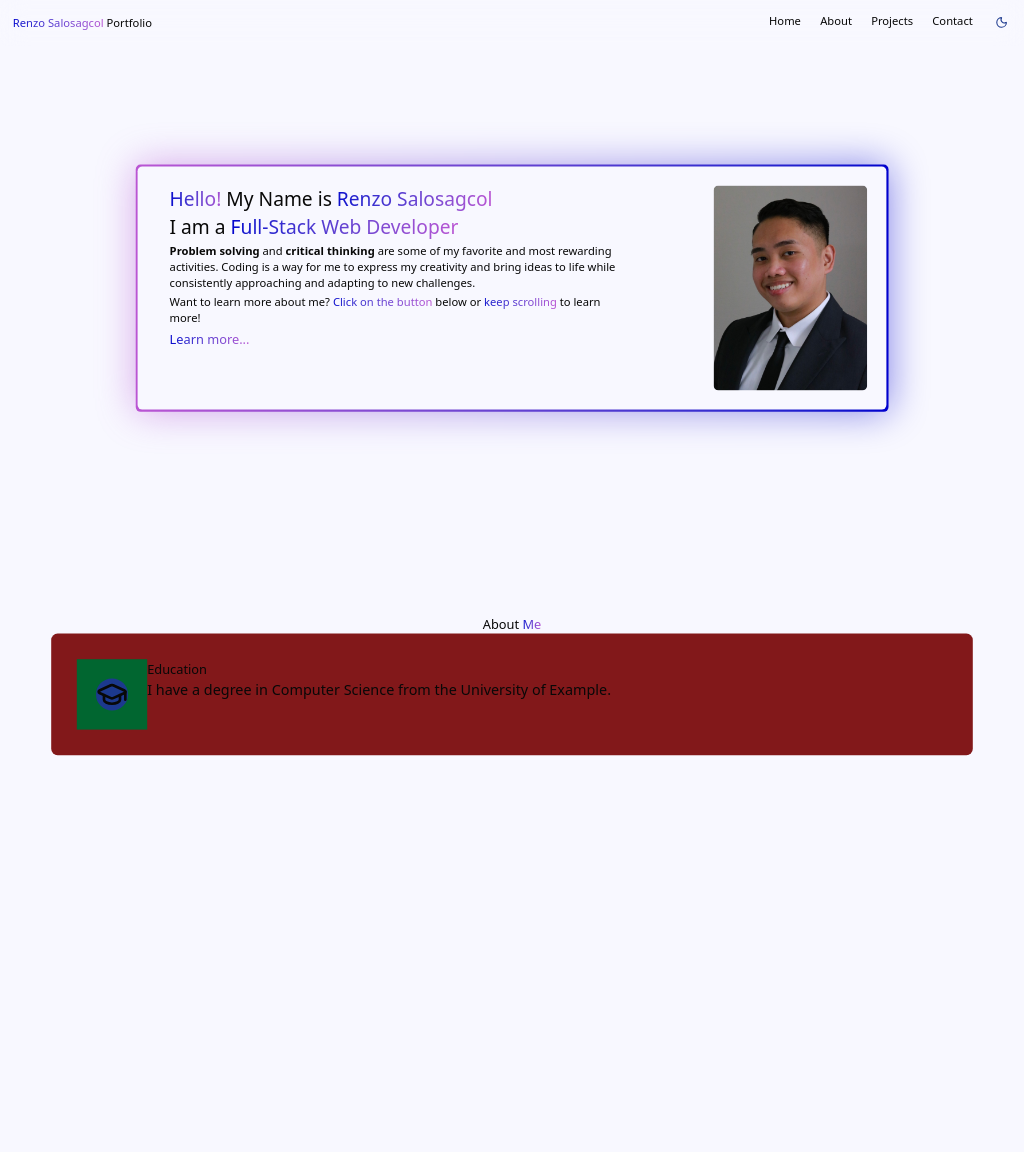
Repository: Renzo-Salosagcol/Updated_Personal_Portfolio
Page: /
These files come from the project's save history. The page is drawn as it stood at one moment and after the next save; the edit follows.
The browser window is 1280 px wide. The pictures show the whole page, at 80% of full size.
The project was rebuilt for these pictures with package versions that can differ from the ones it lists, and the page was loaded fresh each time. Also part of the build but not shown: vite.config.js, src/pages/NotFound.jsx.

Above is the page before, as saved 2025-10-10 12:33:48.

### index.html
<!doctype html>
<html lang="en">
  <head>
    <meta charset="UTF-8" />
    <link rel="icon" type="image/svg+xml" href="/vite.svg" />
    <meta name="viewport" content="width=device-width, initial-scale=1.0" />
    <title>updated-personal-portfolio</title>
  </head>
  <body>
    <div id="root"></div>
    <script type="module" src="/src/main.jsx"></script>
  </body>
</html>

### src/index.css
@import "tailwindcss";

@theme {
  --color-background: var(--background);
  --color-foreground: var(--foreground);

  --color-primary: var(--primary);
  --color-secondary: var(--secondary);

  --animate-fade-in: fade-in 1s ease-in forwards;
}

@layer base {
  /* Light Theme */
  :root {
    --background: #f8f8ff; /* Ghost White */
    --foreground: #080808; /* Vampire Black */

    --primary: #0000cd; /* Medium Blue */
    --secondary: #ba55d3; /* Medium Orchid */
  }

  /* Dark Theme */
  .dark {
    --background: #080808; /* Vampire Black */
    --foreground: #f8f8ff; /* Ghost White */

    --primary: #ff0800; /* Candy Apple Red */
    --secondary: #fefc22; /* Laser Lemon */
  }

  html {
    @apply scroll-smooth;
  }

  body {
    @apply bg-background text-foreground transition-colors duration-300;
  }
}

@property --gradient-angle {
  syntax: "<angle>";
  initial-value: 0deg;
  inherits: false;
}

@keyframes spin {
  from {
    --gradient-angle: 0deg;
  }
  to {
    --gradient-angle: 360deg;
  }
}

@keyframes fade-in {
  0% {
    opacity: 0;
    transform: translateY(20px);
  }
  100% {
    opacity: 1;
    transform: translateY(0);
  }
}

@utility container {
  margin-inline: auto;
  padding-inline: 1rem;
}

@utility after-gradient-border {
  @apply absolute h-[101.5%] w-[100.5%] top-1/2 left-1/2 -translate-x-1/2 -translate-y-1/2 rounded-md -z-10 bg-gradient-to-l from-primary to-secondary;
  content: '';
  /* animation: 3s spin linear infinite; */
}

@utility before-gradient-border {
  @apply after-gradient-border;
  filter: blur(1.5rem);
  opacity: 0.5;
}

@utility gradient-text {
  @apply text-transparent bg-clip-text bg-gradient-to-r from-primary to-secondary transition-colors duration-300;
}

@utility gradient-button {
  @apply after:after-gradient-border after:w-[103%] before:before-gradient-border gradient-text z-0;
}

@utility gradient-button-inner {
  @apply flex h-full w-full items-center justify-center rounded-full bg-background gradient-text z-10
}

@utility gradient-border {
  @apply after:after-gradient-border before:before-gradient-border
}

@utility glassmorphism {
  @apply bg-background/30 backdrop-blur-lg
}

### src/App.jsx
import { BrowserRouter, Routes, Route } from "react-router-dom"
import { Home } from "./pages/Home"
import { NotFound } from "./pages/NotFound"

function App() {
  return (
    <BrowserRouter>
      <Routes>
        <Route path="/" element={<Home />} />
        <Route path="*" element={<NotFound />} />
      </Routes>
    </BrowserRouter>
  )
}

export default App

### src/pages/Home.jsx
import { Background } from "../components/Background"
import { Navbar } from "../components/Navbar"
import { Hero } from "../components/Hero"
import { About } from "../components/About"

export const Home = () => {
  return (
    <div id="home" className="w-full h-screen">
      {/* Background */}
      <Background />


      {/* Navbar */}
      <Navbar />

      {/* Main */}
      <Hero />
      <About />

      {/* Footer */}
    </div>
  )
}

### src/components/Background.jsx


export const Background = () => {
  return (
    <div className="fixed inset-0 overflow-hidden pointer-events-none -z-40 bg-background w-screen h-screen">
    </div>
  )
}

### src/components/Navbar.jsx
import { ThemeToggle } from './ThemeToggle'

const items = [
  { name: 'Home', href: '#home' },
  { name: 'About', href: '#about' },
  { name: 'Projects', href: '#projects' },
  { name: 'Contact', href: '#contact' },
]

export const Navbar = () => {
  return (
    <nav className="fixed top-0 left-0 w-full p-2 flex items-center justify-between glassmorphism z-40 text-sm md:text-md text-foreground">
      <a href="#home" className="p-2"><span className="gradient-text">Renzo Salosagcol</span> Portfolio</a>
      <ul className="flex gap-6 p-2">
        {items.map(item => (
          <li key={item.name}
            className="hover:gradient-text transition-all duration-300 relative">
            <a href={item.href}>{item.name}</a>
          </li>
        ))}
        <li><ThemeToggle /></li>
      </ul>
    </nav>
  )
}

### src/components/Hero.jsx
import GradientButton from "./GradientButton";

export const Hero = () => {
  return (
    <main className="relative min-h-screen flex items-center justify-center max-w-10/12 rounded-md container z-0">
      <div className="z-0 relative gradient-border opacity-0 animate-fade-in">
        <div className="w-full h-full relative container flex flex-cols md:flex-rows justify-between gap-6 rounded-md p-6 bg-background">
          <div className="container flex flex-col gap-1">
            <h1 className="text-lg md:text-xl lg:text-2xl">
              <span className="gradient-text">Hello! </span>
              My Name is
              <span className="gradient-text"> Renzo Salosagcol</span>
            </h1>
            <h1 className="text-lg md:text-xl lg:text-2xl">I am a <span className="gradient-text">Full-Stack Web Developer</span></h1>
            <h3 className="w-md md:w-lg lg:w-xl text-sm">
              <span className="font-bold">Problem solving</span> and
              <span className="font-bold"> critical thinking </span>
              are some of my favorite and most rewarding activities. Coding is a way for me to express my creativity and bring ideas to life while consistently approaching and adapting to new challenges.
            </h3>
            <h3 className="w-md md:w-lg lg:w-xl text-sm">Want to learn more about me?
              <span className="gradient-text"> Click on the button</span> below or
              <span className="gradient-text"> keep scrolling</span> to learn more!
            </h3>
            <a
              href="#about"
              className="relative"
            >
              <GradientButton content="Learn more..." />
            </a>
          </div>
          <div>
            <img
            src="../../headshot.jpeg"
            alt="Headshot Photo"
            className="rounded-md w-64 h-64 object-cover"
            />
          </div>
      </div>
      </div>
    </main>
  )
}

### src/components/About.jsx
import { GraduationCap } from "lucide-react"

const experiences = [
  {
    name: "Education",
    icon: GraduationCap,
    description: "I have a degree in Computer Science from the University of Example.",
    link: "https://example.com/education"
  }
]

export const About = () => {
  return (
    <section id="about" className="relative min-h-screen py-12">
      <div className="top-0 flex items-center justify-center mb-12s">
        <h1 >About <span className="gradient-text">Me</span></h1>
      </div>
      <div className="bg-red-900 mx-auto max-w-6xl rounded-lg p-4 grid-cols-1 gap-6">
        {experiences.map((experience, index) => (
          <div key={index} className="flex flex-row items-start p-4">
            <div className="p-6 bg-green-800">
              <experience.icon className="w-10 h-10 rounded-full bg-blue-900" />
            </div>
            <div>
              <h2>{experience.name}</h2>
              <p className="text-sm md:text-md lg:text-lg">
                {experience.description}
              </p>
              <a
                href={experience.link}
                target="_blank"
                rel="noopener noreferrer"
                className="text-blue-500 hover:underline"
              >
              </a>
            </div>
          </div>
        ))}
      </div>
    </section>
  )
}

### src/components/ThemeToggle.jsx
import { useState, useEffect } from "react"
import { Sun, Moon } from "lucide-react"

export const ThemeToggle = () => {
  const [isDark, setIsDark] = useState(false)

  useEffect(() => {
    const theme = localStorage.getItem("theme")
    if (theme) {
      setIsDark(theme === "dark")
      document.documentElement.classList.toggle("dark", theme === "dark")
    }
  }, [])

  const toggleTheme = () => {
    setIsDark(!isDark)
    document.documentElement.classList.toggle("dark", !isDark)
    localStorage.setItem("theme", !isDark ? "dark" : "light")
  }

  return (
    <button
      onClick={toggleTheme}
      className="max-sm:hidden p-1 z-50 rounded-full transition-color duration-300 focus:outline-hidden hover:cursor-pointer"
    >
      {isDark ? (
        <Sun className="h-4 w-4 text-yellow-300" />
      ) : (
        <Moon className="h-4 w-4 text-blue-900" />
      )}
    </button>

  )
}

### src/components/GradientButton.jsx
import React from "react";
import { props } from "react";

function GradientButton(props) {
  return (
    <button className="gradient-button">
        {props.content}
    </button>
  )
}

export default GradientButton;

Loaded but not shown: src/main.jsx (common file)

After the next save:
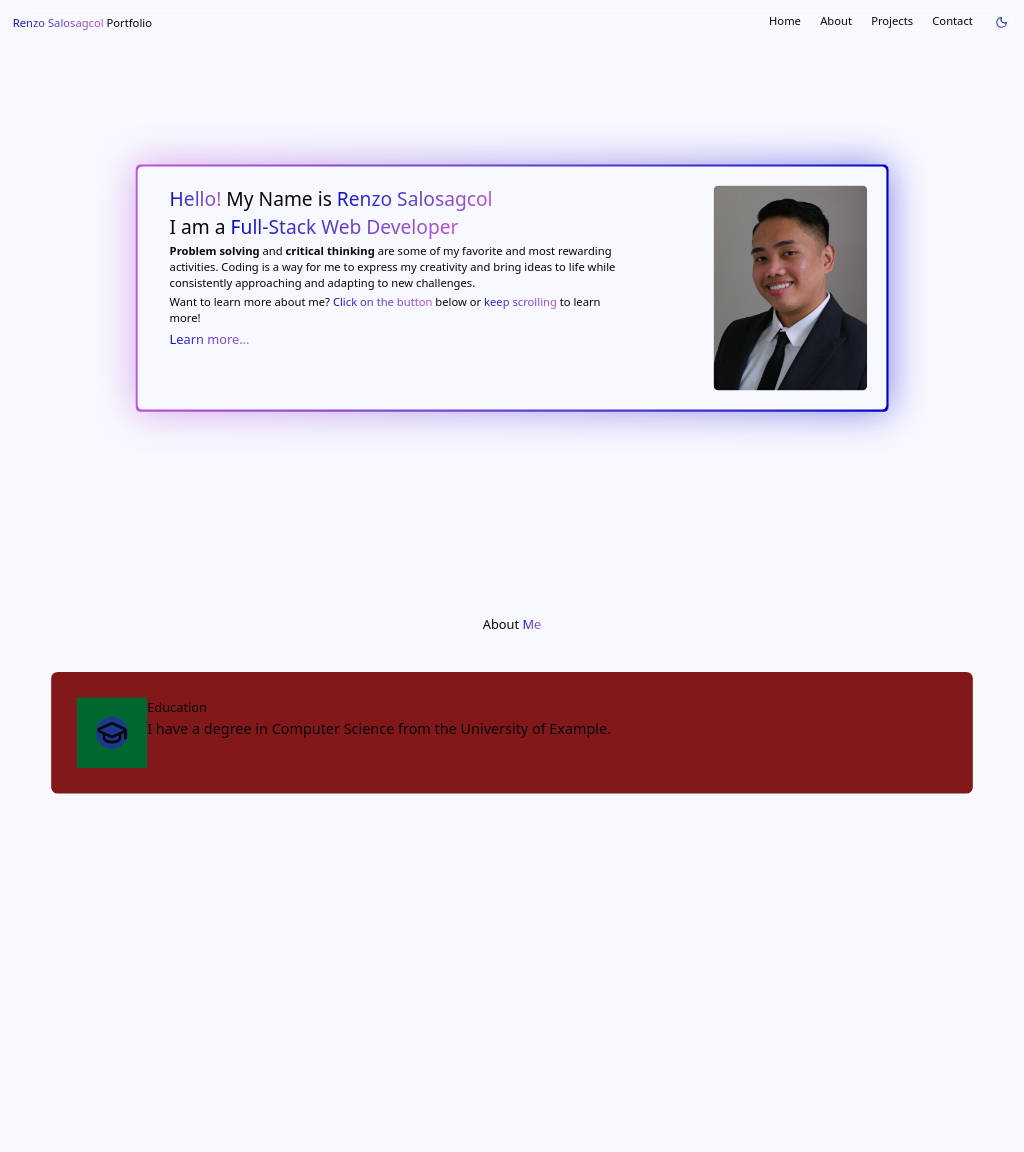
Saved 10 s later.
--- a/src/components/About.jsx
+++ b/src/components/About.jsx
@@ -12,7 +12,7 @@ const experiences = [
 export const About = () => {
   return (
     <section id="about" className="relative min-h-screen py-12">
-      <div className="top-0 flex items-center justify-center mb-12s">
+      <div className="top-0 flex items-center justify-center mb-12">
         <h1 >About <span className="gradient-text">Me</span></h1>
       </div>
       <div className="bg-red-900 mx-auto max-w-6xl rounded-lg p-4 grid-cols-1 gap-6">
